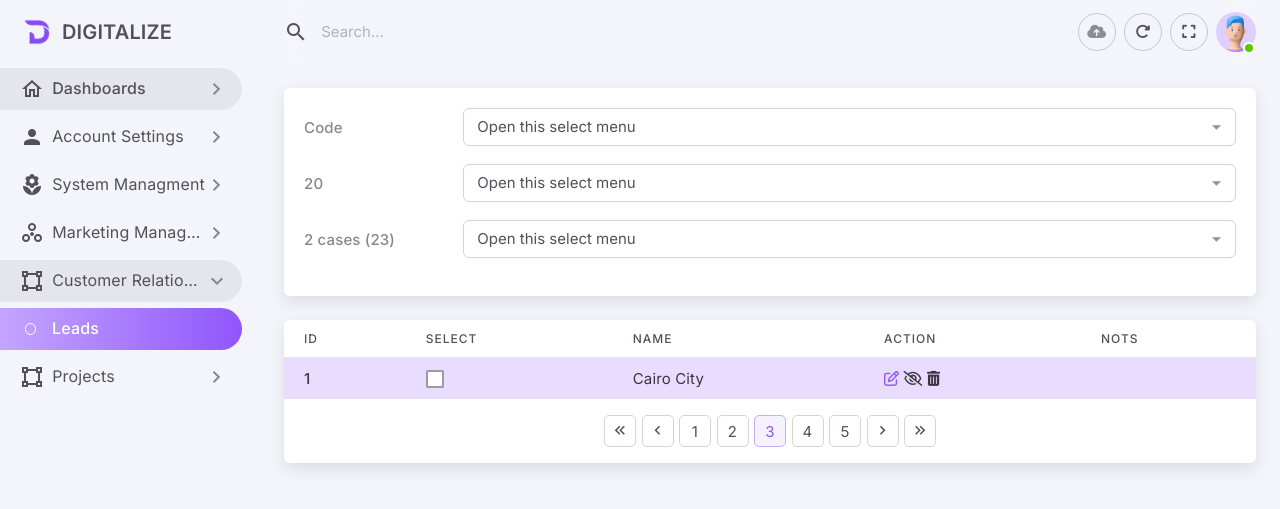
Repository: FadyFathey/sales-crm
Page: html/project-list.html
These files come from the project's save history. The page is drawn as it stood at one moment and after a run of saves; the edit follows.
The browser window is 1280 px wide. The pictures show the whole page.
Some icons come from a web library that is not loaded, so they are not drawn. Some web libraries are served in a nearby version.

Above is the page before, as saved 2024-10-09 14:06:20.
Console error: ReferenceError: d3 is not defined

After the next 2 saves:
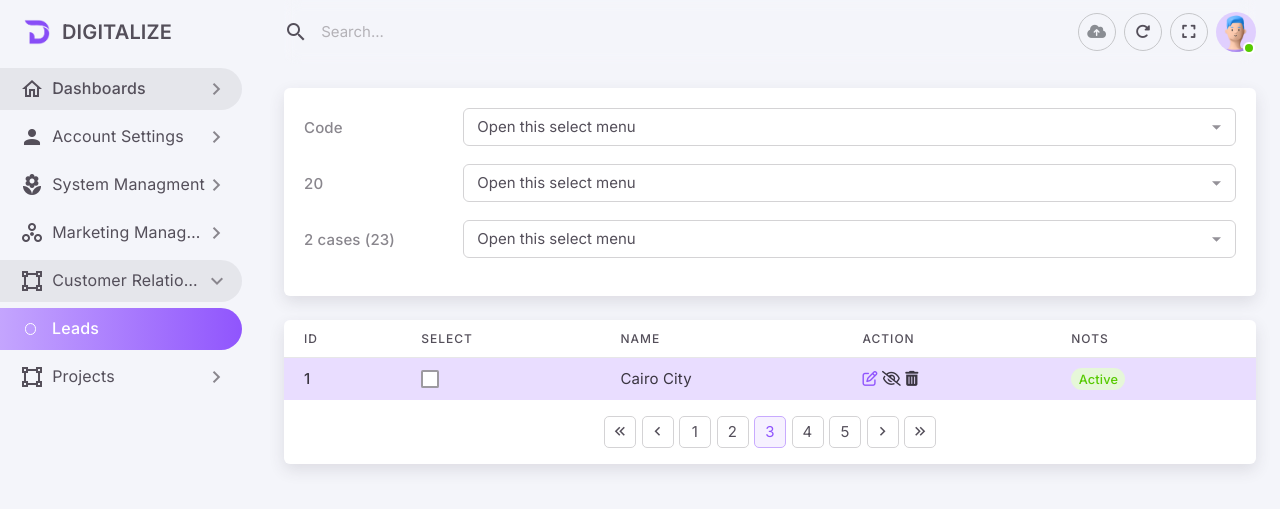
The 2 saves are shown as one change because they came seconds apart.
The last was saved 8 s later.
--- a/html/project-list.html
+++ b/html/project-list.html
@@ -407,7 +407,9 @@
                                                 <i style="cursor: pointer;" class="fa-regular fa-eye-slash"></i>
                                                 <i style="cursor: pointer;" class="fa-solid fa-trash-can"></i>
                                             </td>
-                                            <td
+                                            <td>
+                                                <span class="badge rounded-pill bg-label-success">Active</span>
+                                            </td>
                                         </tr>
                                     </tbody>
                                 </table>
